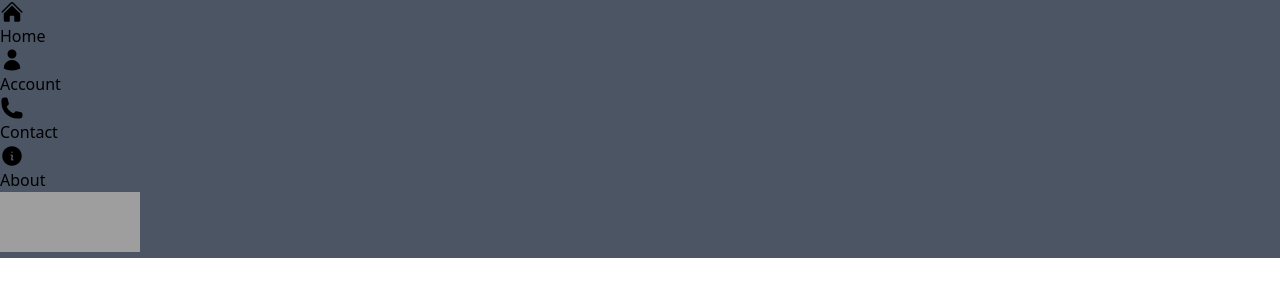
Repository: lyvandat/imdb-movie
Page: /
These files come from the project's save history. The page is drawn as it stood at one moment and after the next save; the edit follows.
The browser window is 1280 px wide. The pictures show the whole page.
Pictures or frames that could not be fetched are drawn as grey boxes. The project was rebuilt for these pictures with package versions that can differ from the ones it lists, and the page was loaded fresh each time. The framework's server and built-in components were replaced by stand-ins that run in the browser. Also part of the build but not shown: next.config.js.

Above is the page before, as saved 2022-10-04 10:21:34.

### pages/index.js
import Head from "next/head";
import Header from "../components/Header";

export default function Home() {
  return (
    <div>
      <Head>
        <title>Create Next App</title>
        <meta name="description" content="Generated by create next app" />
        <link rel="icon" href="/favicon.ico" />
      </Head>

      <Header />
    </div>
  );
}

### components/Header.js
import React from "react";
import Image from "next/image";
import {
  HomeIcon,
  UserIcon,
  PhoneIcon,
  InformationCircleIcon,
} from "@heroicons/react/24/solid";

// import { Container } from './styles';

function Header() {
  return (
    <section className="bg-gray-600">
      <ul>
        <li>
          <HomeIcon className="h-6" />
          <p>Home</p>
        </li>
        <li>
          <UserIcon className="h-6" />
          <p>Account</p>
        </li>
        <li>
          <PhoneIcon className="h-6" />
          <p>Contact</p>
        </li>
        <li>
          <InformationCircleIcon className="h-6" />
          <p>About</p>
        </li>
      </ul>
      <Image
        src="https://th.bing.com/th/id/R.96d6a3163510b47bda4d016b465fb380?rik=RdmM%2faKqGkQOUw&riu=http%3a%2f%2fimg4.wikia.nocookie.net%2f__cb20130124112826%2flogopedia%2fimages%2f8%2f8e%2fIMDB.png&ehk=Svd7%2fn42Zig1owSS1hb%2b2k8bFFdbEKW6iFyTQu2u5yw%3d&risl=&pid=ImgRaw&r=0"
        width={140}
        height={60}
      />
    </section>
  );
}

export default Header;

Loaded but not shown: pages/_app.js (common file); styles/globals.css (common file); tailwind.config.js (common file)

After the next save:
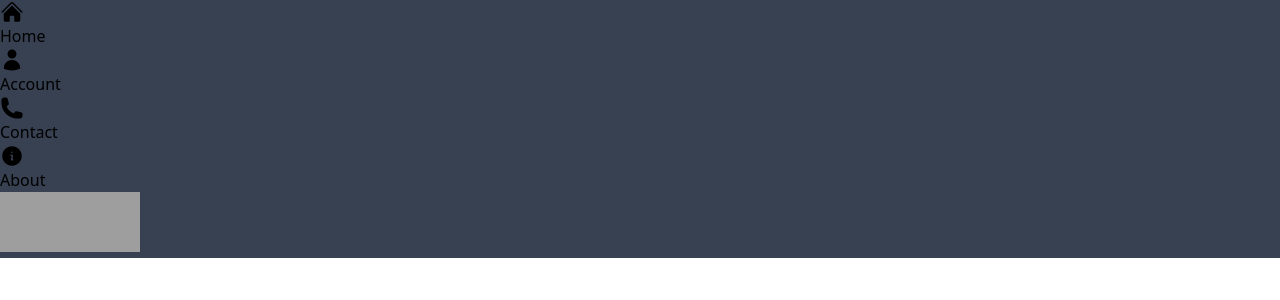
Saved 14 s later.
--- a/components/Header.js
+++ b/components/Header.js
@@ -11,7 +11,7 @@ import {
 
 function Header() {
   return (
-    <section className="bg-gray-600">
+    <section className="bg-gray-700">
       <ul>
         <li>
           <HomeIcon className="h-6" />
